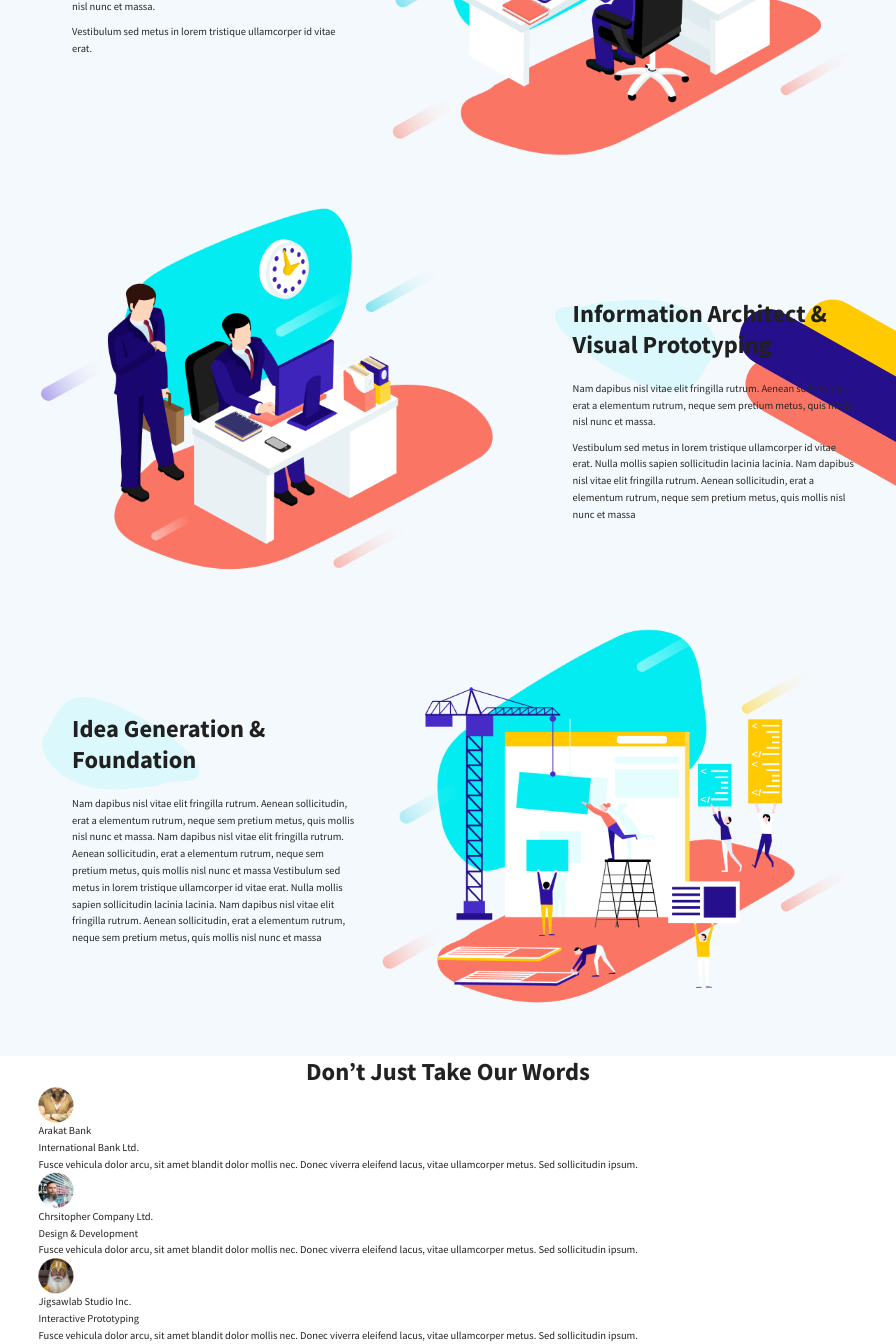
Repository: advert31337/marafon_from0to1_MartaUP
Page: index.html
These files come from the project's save history. The page is drawn as it stood at one moment and after the next save; the edit follows.
The browser window is 1280 px wide. The pictures show the part of the page from y = 1731 to 3651 px (the page is 3651 px tall), at 70% of full size.

Above is the page before, as saved 2020-03-08 11:06:46.

### index.html
<!DOCTYPE html>
<html lang="en">

<head>
    <meta charset="UTF-8">
    <meta name="viewport" content="width=device-width, initial-scale=1.0">
    <title>Marafon MartaUP</title>
    <link href="https://fonts.googleapis.com/css?family=Source+Sans+Pro:400,600,700&display=swap" rel="stylesheet">
    <link rel="stylesheet" href="css/reset.css">
    <link rel="stylesheet" href="css/slick.css">
    <link rel="stylesheet" href="css/style.css">
</head>

<body>
    <header class="header">

        <div class="container">
            <div class="header__top">

                <div class="logo">
                    <a href="#!">+
                        <img src="images/logo.svg" alt="">
                    </a>
                </div>

                <nav class="menu">
                    <ul class="menu__list">
                        <li><a class="menu__list-item" href="#">home</a></li>
                        <li><a class="menu__list-item" href="#">work</a></li>
                        <li><a class="menu__list-item" href="#">about</a></li>
                        <li><a class="menu__list-item" href="#">contact</a></li>
                    </ul>
                </nav>

                <div class="header-btn">
                    <a class="login" href="#">login</a>
                    <a class="sign-up" href="#">sign up</a>
                </div>

            </div>

            <div class="header-slider">
                <div class="header-slider__item">
                    <div class="header-slider__item-content">

                        <div class="header-slider__item-info">
                            <h3 class="header-slider__title">
                                We Build Apps & Websites
                                for Your Business
                            </h3>
                            <div class="header-slider__description">
                                For startups, For businesses & For you
                            </div>
                            <a href="" class="header-slider__btn">Request a quote</a>
                        </div>

                        <div class="header-slider__item-images">
                            <img src="images/slider-img.png" alt="">
                        </div>
                    </div>
                </div>


                <div class="header-slider__item">
                    <div class="header-slider__item-content">

                        <div class="header-slider__item-info">
                            <h3 class="header-slider__title">
                                We Build Apps & Websites
                                for Your Business
                            </h3>
                            <div class="header-slider__description">
                                For startups, For businesses & For you
                            </div>
                            <a href="" class="header-slider__btn">Request a quote</a>
                        </div>

                        <div class="header-slider__item-images">
                            <img src="images/slider-img.png" alt="">
                        </div>
                    </div>
                </div>


                <div class="header-slider__item">
                    <div class="header-slider__item-content">

                        <div class="header-slider__item-info">
                            <h3 class="header-slider__title">
                                We Build Apps & Websites
                                for Your Business
                            </h3>
                            <div class="header-slider__description">
                                For startups, For businesses & For you
                            </div>
                            <a href="" class="header-slider__btn">Request a quote</a>
                        </div>

                        <div class="header-slider__item-images">
                            <img src="images/slider-img.png" alt="">
                        </div>
                    </div>
                </div>


                <div class="header-slider__item">
                    <div class="header-slider__item-content">

                        <div class="header-slider__item-info">
                            <h3 class="header-slider__title">
                                We Build Apps & Websites
                                for Your Business
                            </h3>
                            <div class="header-slider__description">
                                For startups, For businesses & For you
                            </div>
                            <a href="" class="header-slider__btn">Request a quote</a>
                        </div>

                        <div class="header-slider__item-images">
                            <img src="images/slider-img.png" alt="">
                        </div>
                    </div>
                </div>


                <div class="header-slider__item">
                    <div class="header-slider__item-content">

                        <div class="header-slider__item-info">
                            <h3 class="header-slider__title">
                                We Build Apps & Websites
                                for Your Business
                            </h3>
                            <div class="header-slider__description">
                                For startups, For businesses & For you
                            </div>
                            <a href="" class="header-slider__btn">Request a quote</a>
                        </div>

                        <div class="header-slider__item-images">
                            <img src="images/slider-img.png" alt="">
                        </div>
                    </div>
                </div>
            </div>

        </div>

    </header>

    <section class="specialised">
        <div class="container">
            <div class="specialised__title title">
                We are specialised in
            </div>
            <div class="specialised__items">
                <div class="specialised__item">
                    <div class="specialised__item-img">
                        <img src="images/specialise-1.svg" alt="">
                    </div>

                    <div class="specialise__item-title">
                        UI/UX Design
                    </div>
                    <div class="specialise__item-text">
                        In hac habitasse platea dictumstmus adipiscing fermentum quam volutpat aliquam. Integer cilisis tristique.
                    </div>
                </div>
                <div class="specialised__item">
                    <div class="specialised__item-img">
                        <img src="images/specialise-2.svg" alt="">
                    </div>
                    <div class="specialise__item-title">
                        Web Development
                    </div>
                    <div class="specialise__item-text">
                        In hac habitasse platea dictumstmus adipiscing fermentum quam volutpat aliquam. Integer cilisis tristique.
                    </div>
                </div>
                <div class="specialised__item">
                    <div class="specialised__item-img">
                        <img src="images/specialise-3.svg" alt="">
                    </div>
                    <div class="specialise__item-title">
                        App Development
                    </div>
                    <div class="specialise__item-text">
                        In hac habitasse platea dictumstmus adipiscing fermentum quam volutpat aliquam. Integer cilisis tristique.
                    </div>
                </div>
            </div>
        </div>
    </section>

    <section class="advantages">
        <div class="container">

            <div class="advantages-box">
                <div class="advantages-box__info">
                    <div class="advantages-box__title">
                        Experienced Designers & Developers
                    </div>
                    <div class="advantages-box__text">
                        <p>
                            Nam dapibus nisl vitae elit fringilla rutrum. Aenean sollicitudin, erat a elementum rutrum, neque sem pretium metus, quis mollis nisl nunc et massa.
                        </p>
                        <p>
                            Vestibulum sed metus in lorem tristique ullamcorper id vitae erat.
                        </p>
                    </div>
                </div>

                <div class="advantages-box__img">
                    <img src="images/advantages-1.png" alt="">
                </div>
            </div>

            <div class="advantages-box advantages-box--right">
                <div class="advantages-box__info">
                    <div class="advantages-box__title">
                        Information Architect &
                        Visual Prototyping
                    </div>
                    <div class="advantages-box__text">
                        <p>
                            Nam dapibus nisl vitae elit fringilla rutrum. Aenean sollicitudin, erat a elementum rutrum, neque sem pretium metus, quis mollis nisl nunc et massa.
                        </p>
                        <p>
                            Vestibulum sed metus in lorem tristique ullamcorper id vitae erat. Nulla mollis sapien sollicitudin lacinia lacinia. Nam dapibus nisl vitae elit fringilla rutrum. Aenean sollicitudin, erat a elementum rutrum, neque sem pretium metus, quis mollis nisl nunc et massa
                        </p>
                    </div>
                </div>
                <div class="advantages-box__img">
                    <img src="images/advantages-2.png" alt="">
                </div>
            </div>

            <div class="advantages-box">
                <div class="advantages-box__info advantages-box__info--bg">
                    <div class="advantages-box__title">
                        Idea Generation & Foundation
                    </div>
                    <div class="advantages-box__text">
                        <p>
                            Nam dapibus nisl vitae elit fringilla rutrum. Aenean sollicitudin, erat a elementum rutrum, neque sem pretium metus, quis mollis nisl nunc et massa. Nam dapibus nisl vitae elit fringilla rutrum. Aenean sollicitudin, erat a elementum rutrum, neque sem pretium metus, quis mollis nisl nunc et massa    Vestibulum sed metus in lorem tristique ullamcorper id vitae erat. Nulla mollis sapien sollicitudin lacinia lacinia. Nam dapibus nisl vitae elit fringilla rutrum. Aenean sollicitudin, erat a elementum rutrum, neque sem pretium metus, quis mollis nisl nunc et massa
                        </p>
                    </div>
                </div>

                <div class="advantages-box__img">
                    <img src="images/advantages-3.png" alt="">
                </div>
            </div>
        </div>
    </section>

    <section class="reviews">
        <div class="container">
            <div class="title">
                Don’t Just Take Our Words
            </div>
            <div class="reviews__items">

                <div class="reviews__item">
                    <div class="reviews__item-head">
                        <img src="images/rev-1.jpg" alt="">
                        <div class="reviews__item-info">
                            <div class="reviews__item-name">
                                Arakat Bank
                            </div>
                            <div class="reviews__item-position">
                                International Bank Ltd.
                            </div>
                        </div>
                    </div>
                    <div class="reviews__item-text">
                        Fusce vehicula dolor arcu, sit amet blandit dolor mollis nec. Donec viverra eleifend lacus, vitae ullamcorper metus. Sed sollicitudin ipsum.
                    </div>
                </div>

                <div class="reviews__item">
                    <div class="reviews__item-head">
                        <img src="images/rev-2.jpg" alt="">
                        <div class="reviews__item-info">
                            <div class="reviews__item-name">
                                Chrsitopher Company Ltd.
                            </div>
                            <div class="reviews__item-position">
                                Design & Development
                            </div>
                        </div>
                    </div>
                    <div class="reviews__item-text">
                        Fusce vehicula dolor arcu, sit amet blandit dolor mollis nec. Donec viverra eleifend lacus, vitae ullamcorper metus. Sed sollicitudin ipsum.
                    </div>
                </div>

                <div class="reviews__item">
                    <div class="reviews__item-head">
                        <img src="images/rev-3.jpg" alt="">
                        <div class="reviews__item-info">
                            <div class="reviews__item-name">
                                Jigsawlab Studio Inc.
                            </div>
                            <div class="reviews__item-position">
                                Interactive Prototyping
                            </div>
                        </div>
                    </div>
                    <div class="reviews__item-text">
                        Fusce vehicula dolor arcu, sit amet blandit dolor mollis nec. Donec viverra eleifend lacus, vitae ullamcorper metus. Sed sollicitudin ipsum.
                    </div>
                </div>

            </div>
        </div>
    </section>

    <footer>

    </footer>


    <script src="https://ajax.googleapis.com/ajax/libs/jquery/3.4.1/jquery.min.js"></script>
    <script src="js/slick.min.js"></script>
    <script src="js/main.js"></script>
</body>

</html>

### css/style.css
*{
    box-sizing: border-box;
}

body {
    font-family: 'Source Sans Pro', sans-serif;
    font-size: 15px;
    line-height: 24px;
}

a {
    text-decoration: none;
    color: inherit;
}
.header {
    background-image: url('../images/header-bg.jpg');
    min-height: 793px;
    background-repeat: no-repeat;
    background-size: cover;
    background-position: top center;
}

.container {
    max-width: 1200px;
    margin: 0 auto;
    padding: 0 15px 0 15px;

}

.header__top {
    display: flex;
    justify-content: space-between;
    height: 100px;
    align-items: center;
}

.menu__list {
    display: flex;
}

.menu__list li + li {
    padding-left: 50px;

}

.login {
    margin-right: 44px;
    color: #fff;
    text-transform: uppercase;
    font-weight: 600;
}

.menu__list a{
    opacity: 0.5;
    color: #fff;
    font-weight: 600;
    text-transform: uppercase;
    transition: all 0.5s;
}

.menu__list a:hover {
    opacity: 1;
}

.sign-up {
    text-transform: uppercase;
    color: #250f8a;
    font-weight: 600;
    background-color: #fff;
    padding: 8px 43px;
    border-radius: 20px;

}

.header-slider {
    padding-top: 111px;
}
.header-slider__item {

}
.header-slider__item-content {
    display: flex;
    justify-content: space-between;
}
.header-slider__item-info {
    max-width: 506px;
    color:#fff;
}
.header-slider__title {
    font-weight: 700;
    font-size: 45px;
    line-height: 60px;
    margin-bottom: 10px;
}
.header-slider__description {
    line-height: 55px;
    font-size: 24px;
    margin-bottom: 60px;
}
.header-slider__btn {
    font-weight: 600;
    text-transform: uppercase;
    color: #250F8A;
    padding: 13px 39px;
    background-color: #FFCA00;
    border-radius: 25px;
}
.header-slider__item-images {
    margin: 10px 82px 0 0;
}

.header-dots{
    list-style: none;
    position: absolute;
    right: 0;
    top: 50%;
}

.header-dots button {
    border: none;
    background-color: #fff;
    opacity: 0.5;
    font-size: 0;
    padding: 0;
    width: 7px;
    height: 7px;
    border-radius: 3.5px;
    cursor: pointer;
    outline: none;
    margin: 10px auto;
    display: block;
}

.header-dots .slick-active button{
    width: 15px;
    opacity: 1;
}

.specialised{
    padding: 55px 0 93px;
    background-image: url(../images/special-bg.svg);
    background-position: left bottom;
    background-repeat: no-repeat;
    color: #202020;
    text-align: center;
}

.specialised__title {
    margin-bottom: 96px;
}
.title {
    font-size: 35px;
    line-height: 45px;
    font-weight: 700;
    text-align: center;
}

.specialised__items {
    display: flex;
    justify-content: space-between;
    max-width: 980px;
    margin: 0 auto;

}
.specialised__item {
    width: 280px;
}
.specialised__item-img {
    margin-bottom: 23px;
    min-height: 159px;
}
.specialise__item-title {
    margin-bottom: 11px;
    font-size: 20px;
    font-weight: 700;
}
.specialise__item-text {
   padding: 0 10px;
   color: #272727;
   opacity: 0.7;
}


.advantages {
    padding-top: 64px;
    background: #f4f9fd;
    background-image: url(../images/advantages-bg.svg);
    background-repeat: no-repeat;
    background-position: center right;
}

.advantages-box {
    display: flex;
    justify-content: space-between;
    padding-bottom: 76px;
}

 .advantages-box--right .advantages-box__info{
    order: 1;
    background-image: url(../images/title-bg-2.svg);
    background-position: 22px 130px;
}
.advantages-box__info {
    max-width: 455px;
    padding-top: 60px;
    background-image: url(../images/title-bg-1.svg);
    background-repeat: no-repeat;
    background-position: 22px 76px;
}

.advantages-box__info--bg{
    background-image: url(../images/title-bg-3.svg);
    background-position: 5px 105px;
}


.advantages-box__title {
    color: #202020;
    font-size: 35px;
    line-height: 45px;
    font-weight: 700;
    padding: 68px 0 15px 48px;

}
.advantages-box__text {
    padding-left: 48px;
    color: #272727;
}

.advantages-box__text p{
    margin: 12px 0;
}
.advantages-box__img {
}

### js/main.js
$(function(){
    $('.header-slider').slick({
        arrows: false,
        vertical: true,
        dots: true,
        dotsClass: 'header-dots',
        autoplay: 2000,

    })
})

Loaded but not shown: css/reset.css (common file); css/slick.css (common file); js/slick.min.js (library)

After the next save:
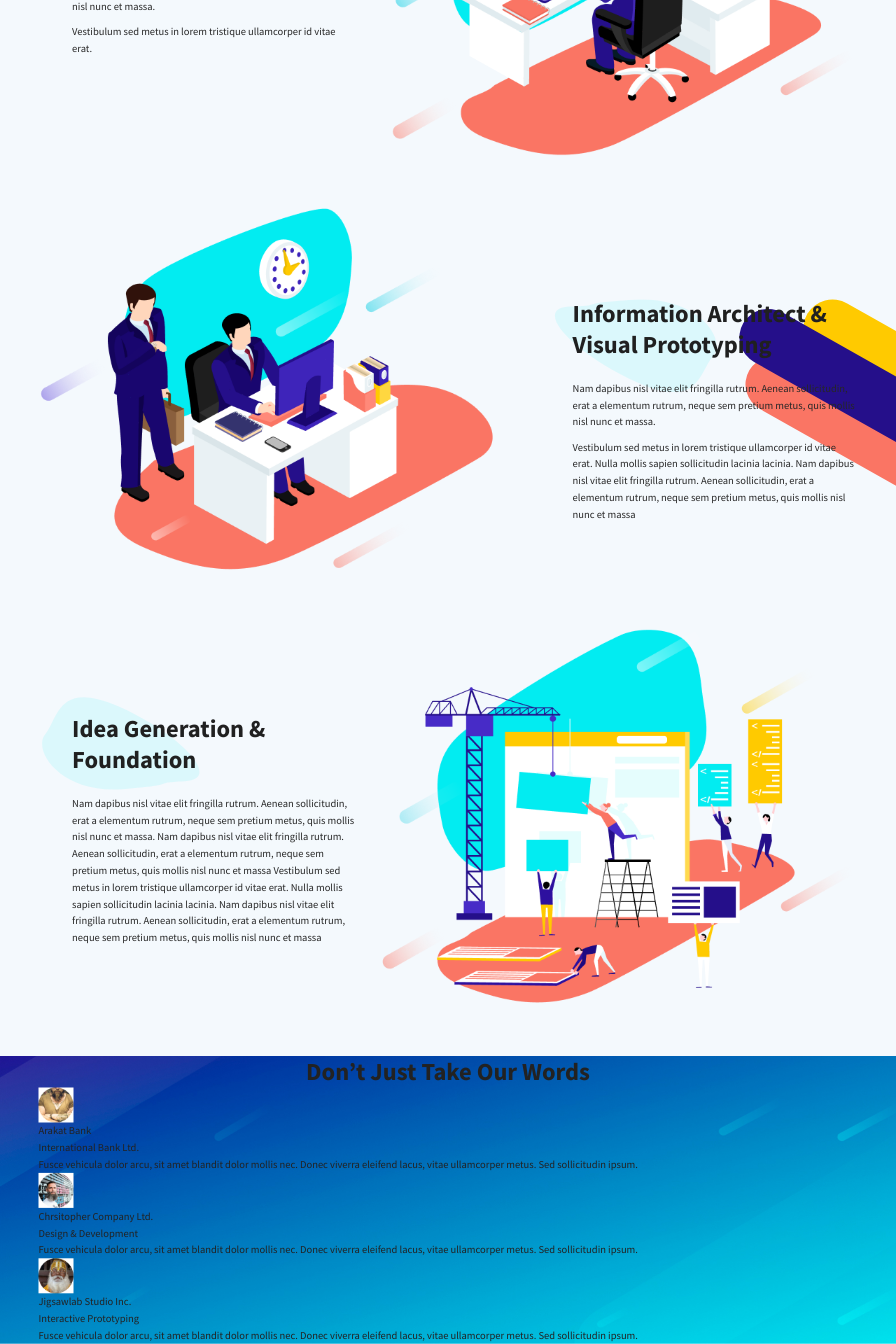
Saved 7 min 31 s later.
--- a/css/style.css
+++ b/css/style.css
@@ -232,3 +232,28 @@ a {
 }
 .advantages-box__img {
 }
+
+
+.reviews {
+    background-image: url(../images/reviews-bg.jpg);
+    background-repeat: no-repeat;
+    background-position: top center;
+    background-size: cover;
+}
+
+.title {
+}
+.reviews__items {
+}
+.reviews__item {
+}
+.reviews__item-head {
+}
+.reviews__item-info {
+}
+.reviews__item-name {
+}
+.reviews__item-position {
+}
+.reviews__item-text {
+}
